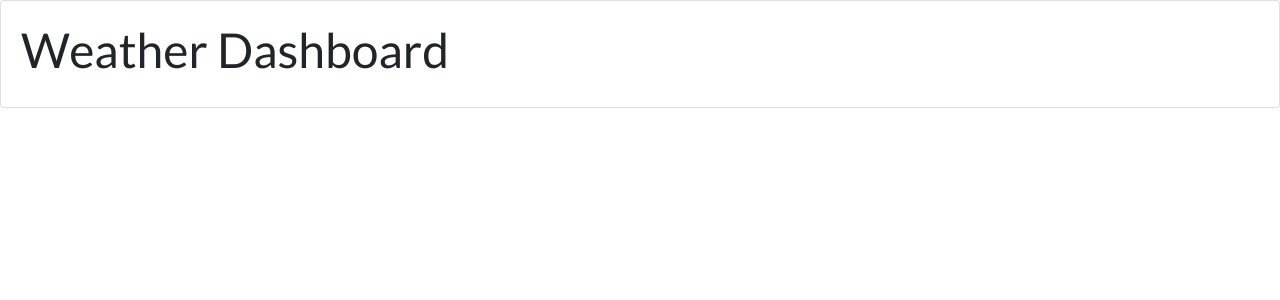
Repository: himaja830/Weather-Dashboard
Page: index.html
An editor plug-in stored every save of this project. The page is shown before and after the next save, followed by the edit.
The browser window is 1280 px wide. The pictures show the whole page.
Some web libraries are served in a nearby version.

Above is the page before, as saved 2020-06-26 12:28:16.

### index.html
<!DOCTYPE html>
<html lang="en">
<head>
    <meta charset="UTF-8">
    <meta name="viewport" content="width=device-width, initial-scale=1.0">
    <title>Weathe Dashboard</title>
    <link
      rel="stylesheet"
      href="https://stackpath.bootstrapcdn.com/bootstrap/4.3.1/css/bootstrap.min.css"
    />
    <link href="https://stackpath.bootstrapcdn.com/bootswatch/4.5.0/flatly/bootstrap.min.css" rel="stylesheet" integrity="sha384-mhpbKVUOPCSocLzx2ElRISIORFRwr1ZbO9bAlowgM5kO7hnpRBe+brVj8NNPUiFs" crossorigin="anonymous">
   <link
      rel="stylesheet"
      href="https://use.fontawesome.com/releases/v5.8.1/css/all.css"
      integrity="sha384-50oBUHEmvpQ+1lW4y57PTFmhCaXp0ML5d60M1M7uH2+nqUivzIebhndOJK28anvf"
      crossorigin="anonymous"/>
</head>
<body>
    <div class="card">
        <div class="card-body">
         <h1>Weather Dashboard</h1>
        </div>
      </div>

</body>
</html>

After the next save:
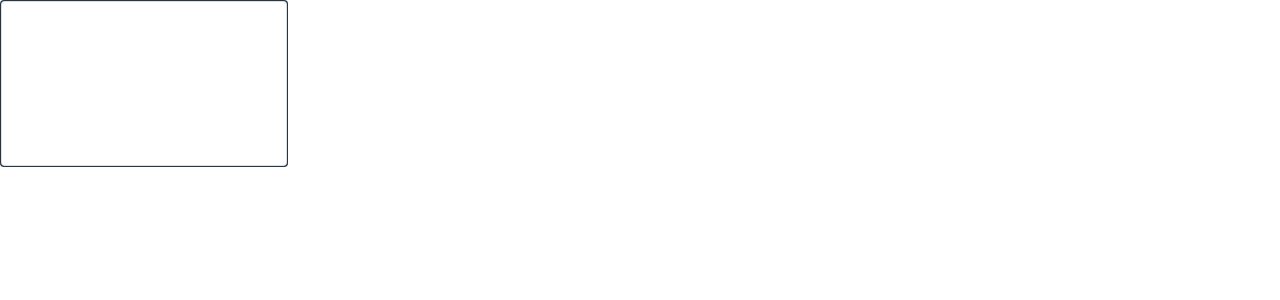
Saved 102 s later.
--- a/index.html
+++ b/index.html
@@ -16,11 +16,13 @@
       crossorigin="anonymous"/>
 </head>
 <body>
+    <div class="card text-white bg-primary mb-3" style="max-width: 18rem;">
     <div class="card">
         <div class="card-body">
          <h1>Weather Dashboard</h1>
         </div>
       </div>
+    </div>
 
 </body>
 </html>
